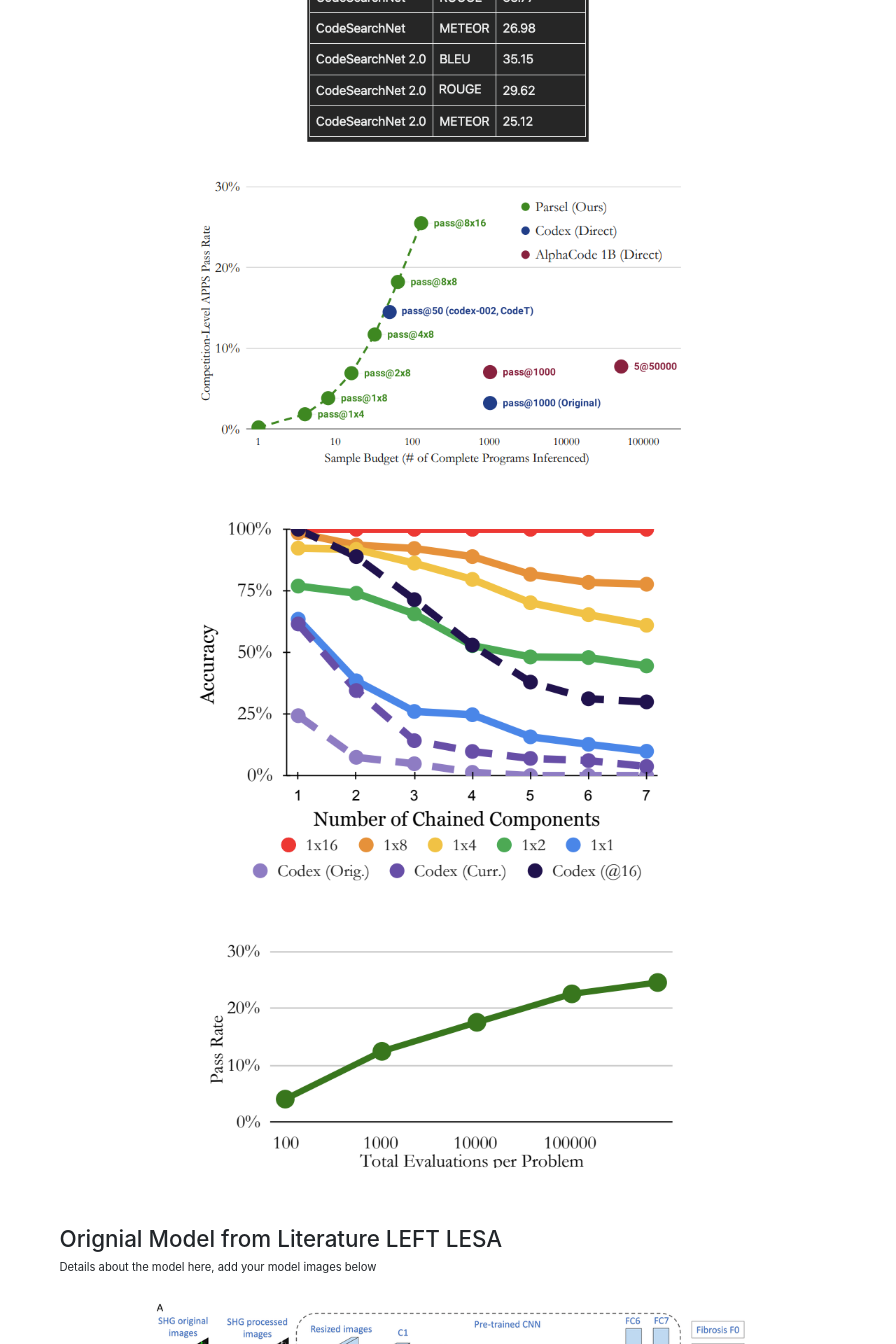
Repository: Shaalan-omar/ConcodePlus
Page: team-specific/index.html
An editor plug-in stored every save of this project. The page is shown before and after the next save, followed by the edit.
The browser window is 1280 px wide. The pictures show the part of the page from y = 3722 to 5642 px (the page is 8127 px tall before and 8356 px after), at 70% of full size.

Above is the page before, as saved 2023-05-14 01:13:16.

### team-specific/index.html
<!DOCTYPE html>
<html lang="en">

<head>

  <meta charset="utf-8">
  <meta name="viewport" content="width=device-width, initial-scale=1, shrink-to-fit=no">
  <meta name="description" content="">
  <meta name="author" content="">

  <title>Code Generation / Documentation model based on CodeT5</title>

  <!-- Bootstrap core CSS -->
  <link href="../vendor/bootstrap/css/bootstrap.min.css" rel="stylesheet">

</head>

<body>

  <!-- Navigation -->
  <nav class="navbar navbar-expand-lg navbar-dark bg-dark static-top">
    <div class="container">
      <a class="navbar-brand" href="../home.html">Practical Machine Deep Learning</a>
      <button class="navbar-toggler" type="button" data-toggle="collapse" data-target="#navbarResponsive" aria-controls="navbarResponsive" aria-expanded="false" aria-label="Toggle navigation">
        <span class="navbar-toggler-icon"></span>
      </button>
      <div class="collapse navbar-collapse" id="navbarResponsive">
        <ul class="navbar-nav ml-auto">
          <li class="nav-item active">
            <a class="nav-link" href="../home.html">Home
              <span class="sr-only">(current)</span>
            </a>
          </li>
          <li class="nav-item">
            <a class="nav-link" href="../about.html">About</a>
          </li>
          <li class="nav-item">
            <a class="nav-link" href="../contact.html">Contact</a>
          </li>
        </ul>
      </div>
    </div>
  </nav>

  <!-- Page Content -->
  <div class="container">
    <div class="row">
      <div class="col-lg-12 text-center">
        <h1 class="mt-5">Code Generation / Documentation model based on CodeT5</h1>
        <ul class="list-unstyled">
          <li>Omar Shaalan 900193887</li>
          <li>Kyrollos Zakarya 900203309</li>
        </ul>
      </div>
    </div>


    <div class="row">
      <div class="col-lg-12 text-left">
        <h2 class="mt-5"></h2>
		<p>
			Code generation is a very important in our current daily life. However, the documentation of the code is beyond important too,
      we need the code that is generated to have a documentation generated with it in order to be able to generate a code that is understandable
      and increase the efficency (we increase the efficency of the code by providing commented code, so it will be easier to understand and reuse or extract the
       needed parts from it)
		</p>
      </div>
    </div>

    <div class="row">
      <div class="col-lg-12 text-left">
        <h2 class="mt-5">Dataset</h2>

        <p>
			Our initial plan was to work with the Cocode's task dataset (concode is the code generation task), this was initially our intution
      as our task, ConcodePlus(the commented code generation task), was going to generate the code that concode generated but with comments. However,
      in concode's dataset we only had the code and the Natural Language describing the code, but no dataset had the code itself with comments in the same coloumn,
      this of course limited our ways
      to train the model on genreating a documented code, as we had no clear dataset that had code, comments for that code, all we had was datasets having code and
      a natural language describing the code, as illustrated in the visualization of the Concode's dataset below.
    </p>
    <br/> <!-- Empty Line before the image -->
    <div class="img-container" align="center"> <!-- Block parent element -->
        <img src="resources/images/concode.png" class="img-fluid text-center">
    </div>
    <br/> <!-- Empty Line after the image -->
<p>
  Hence, we had to make a major change, that will allow us to have a dataset that contains a pair consisting of code and a prompt as usual describing
      the code, but in the code's column we added comments to the code itself in the same coloumn.
      This was our own dataset, and we called PyPlus, as this dataset works on Python codes only, and the plus part is because it is the first of its
      type to contain code with detailed comments of the code in the same column, or at least the first
      of its type as an open source dataset, as we have found NO other open source or closed source (but this is hard to make sure of as closed source
      are like a black box, you cannot see what is inside them) dataset in python storing data in that way.
</p>
<br/> <!-- Empty Line before the image -->
<div class="img-container" align="center"> <!-- Block parent element -->
    <img src="resources/images/dataset.png" class="img-fluid text-center">
</div>

      </div>
    </div>

    <div class="row">
      <div class="col-lg-12 text-left">
        <h2 class="mt-5">Input/Output Examples</h2>
   <br>
      </br>
        <h3>
			 Problem statement: -
        </h3>

		<br/> <!-- Empty Line before the image -->
	    <div class="img-container" align="center"> <!-- Block parent element -->
      		<img src="resources/images/Problem_Stat_1.png" class="img-fluid text-center">
    	</div>

    	<br/> <!-- Empty Line after the image -->

      <br/> <!-- Empty Line before the image -->
	    <div class="img-container" align="center"> <!-- Block parent element -->
      		<img src="resources/images/Problem_Stat_2.png" class="img-fluid text-center">
    	</div>


        <br>
      </br>
         <h3>
			 Our Own Output: -
        </h3>

      	    <div class="img-container" align="center"> <!-- Block parent element -->
      		<img src="resources/images/output_real.png" class="img-fluid text-center">
    	</div>
      <!-- <p class = "center">
        Feel the difference?
     </p> -->
     <br>
    </br>

    	<br/> <!-- Empty Line after the image -->
      </div>
    </div>


    <div class="row">
      <div class="col-lg-12 text-left">
        <h2 class="mt-5">State of the art (PARSEL)</h2>

        <p>
			SOTA models and their accuracies (tables are needed I believe):-
		</p>

	  <br/> <!-- Empty Line before the image -->
	    <div class="img-container" align="center"> <!-- Block parent element -->
      		<img src="resources/images/parsel_code_sum.png" class="img-fluid text-center">
    	</div>
    	<br/> <!-- Empty Line after the image -->
		<br/> <!-- Empty Line before the image -->
	    <div class="img-container" align="center"> <!-- Block parent element -->
      		<img src="resources/images/parsel_1.png" class="img-fluid text-center">
    	</div>
    	<br/> <!-- Empty Line after the image -->

      <br/> <!-- Empty Line before the image -->
	    <div class="img-container" align="center"> <!-- Block parent element -->
      		<img src="resources/images/parsel_2.png" class="img-fluid text-center">
    	</div>
    	<br/> <!-- Empty Line after the image -->

      <br/> <!-- Empty Line before the image -->
	    <div class="img-container" align="center"> <!-- Block parent element -->
      		<img src="resources/images/parsel_3.png" class="img-fluid text-center">
    	</div>
    	<br/> <!-- Empty Line after the image -->
      </div>
    </div>

    <div class="row">
      <div class="col-lg-12 text-left">
        <h2 class="mt-5">Orignial Model from Literature LEFT LESA</h2>

        <p>
			Details about the model here, add your model images below
		</p>

		<br/> <!-- Empty Line before the image -->
	    <div class="img-container" align="center"> <!-- Block parent element -->
      		<img src="resources/images/model.png" class="img-fluid text-center">
    	</div>
    	<br/> <!-- Empty Line after the image -->
      </div>
    </div>

    <div class="row">
      <div class="col-lg-12 text-left">
        <h2 class="mt-5">Proposed Updates</h2>

        <p>
			Add all the model updates you made here, need as many images as you wish
		</p>

		<h5 class="mt-5">Update #1: Adding Reinforcement Learning</h5>
		<p>
			Give rewards when the generated documentation along with the code is correct and add negative rewards when the generation is not good.
		</p>
		<br/> <!-- Empty Line before the image -->
	    <div class="img-container" align="center"> <!-- Block parent element -->
      		<img src="resources/images/reinforcement.png" class="img-fluid text-center">
    	</div>
    	<br/> <!-- Empty Line after the image -->
      </div>
    </div>


    <div class="row">
      <div class="col-lg-12 text-left">
        <h2 class="mt-5">Results</h2>

        <p>
			LEFT lehad ma tet7asen Add your results here, add graphs and images to illustrate it.
			Compare your results to the original model and state of the art
		</p>

		<br/> <!-- Empty Line before the image -->
	    <div class="img-container" align="center"> <!-- Block parent element -->
      		<img src="resources/images/results.png" class="img-fluid text-center">
    	</div>
    	<br/> <!-- Empty Line after the image -->
      </div>
    </div>


    <div class="row">
      <div class="col-lg-12 text-left">
        <h2 class="mt-5">Technical report</h2>

        <p>
			LEft Here you will detail the details related to training, for example: Filled With KYRO
		</p>

	 	<ul>
		  <li>Programming framework</li>
		  <li>Training hardware i.e. colab or azure or anything else</li>
		  <li>Training time</li>
		  <li>Number of epochs</li>
		  <li>Time per epoch</li>
		  <li>Any other important detail or difficulties</li>
		</ul>
      </div>
    </div>

	<div class="row">
	  <div class="col-lg-12 text-left">
	    <h2 class="mt-5">Conclusion</h2>

	    <p>
			Conclusion and future work (including lessons learned and interesting findings
		</p>

	  </div>
	</div>

	<div class="row">
	  <div class="col-lg-12 text-left">
	    <h2 class="mt-5">References</h2>

	    <p>
	    	List all references here, the following are only examples
	    </p>

		<ol>
		  <li><a href="https://arxiv.org/pdf/2212.10561v2.pdf">Parsel Paper</a></li>
		  <li><a href="https://arxiv.org/pdf/2109.00859v1.pdf">CodeT5 PaperL</a></li>
		  <li><a href="http://www.google.com">Dataset Link LEFT need to upload it to github</a></li>
		</ol>
	  </div>
	</div>

  </div>



  <!-- Bootstrap core JavaScript -->
  <script src="../vendor/jquery/jquery.slim.min.js"></script>
  <script src="../vendor/bootstrap/js/bootstrap.bundle.min.js"></script>

</body>

</html>

Loaded but not shown: vendor/bootstrap/css/bootstrap.min.css (library); vendor/jquery/jquery.slim.min.js (library); vendor/bootstrap/js/bootstrap.bundle.min.js (library)

After the next save:
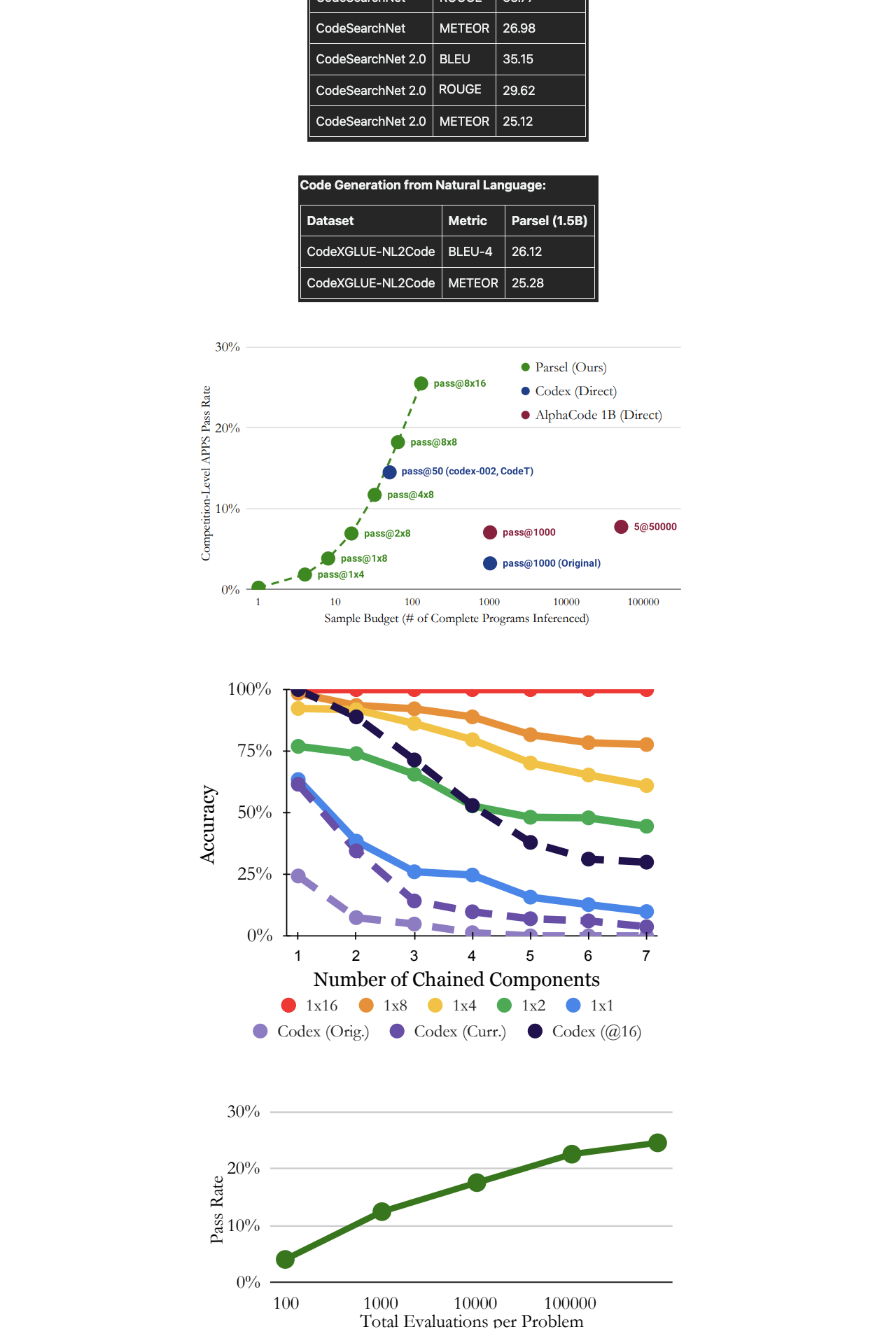
Saved 2 min 28 s later.
--- a/team-specific/index.html
+++ b/team-specific/index.html
@@ -155,6 +155,12 @@
       		<img src="resources/images/parsel_code_sum.png" class="img-fluid text-center">
     	</div>
     	<br/> <!-- Empty Line after the image -->
+
+    <br/> <!-- Empty Line before the image -->
+	    <div class="img-container" align="center"> <!-- Block parent element -->
+      		<img src="resources/images/Parsel_code_gen.png" class="img-fluid text-center">
+    	</div>
+    	<br/> <!-- Empty Line after the image -->
 		<br/> <!-- Empty Line before the image -->
 	    <div class="img-container" align="center"> <!-- Block parent element -->
       		<img src="resources/images/parsel_1.png" class="img-fluid text-center">
